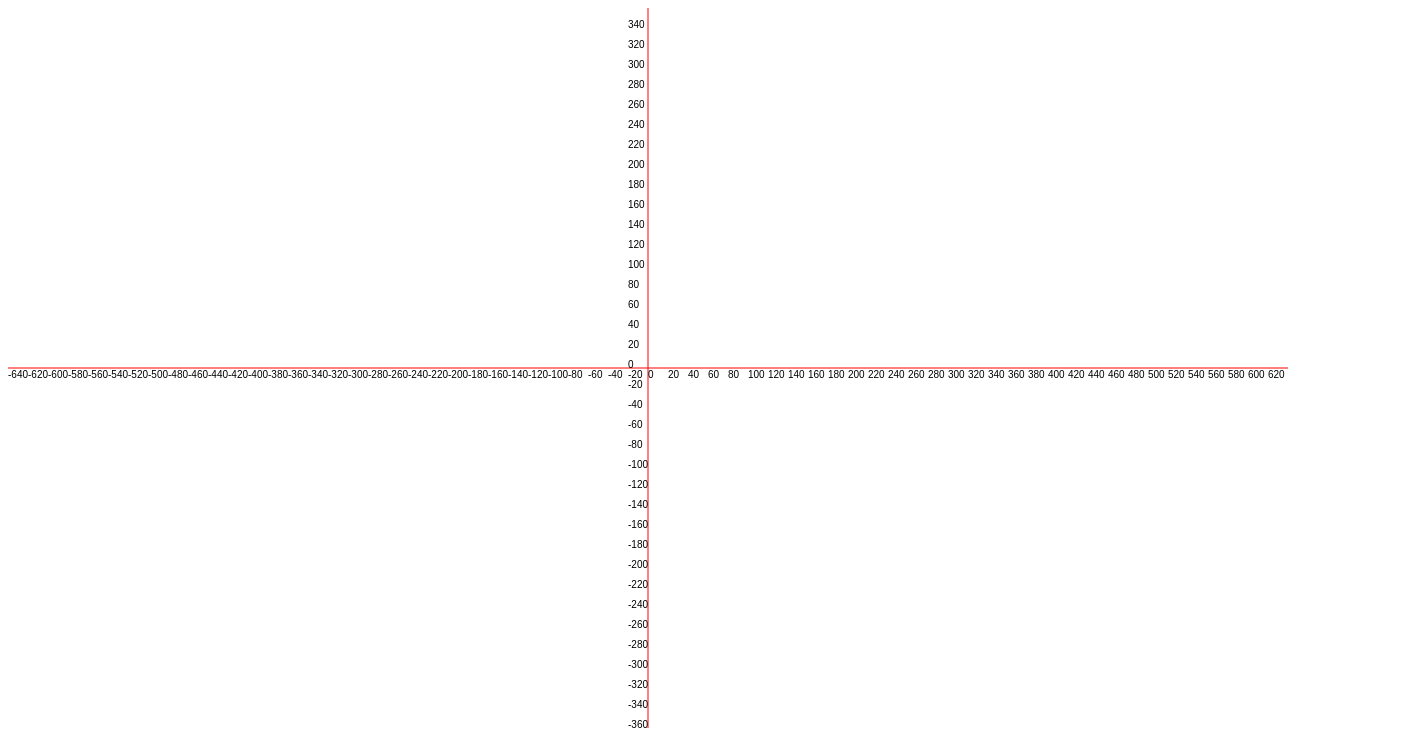
Repository: tclintaichung/book
Page: ex16/ex16_01/frame.html
These files come from the project's save history. The page is drawn as it stood at one moment and after the next save; the edit follows.
The browser window is 1280 px wide. The page is 1288 px wide, then 1408 px, so the pictures cover 1408 px, including what lies to the right of the window. The pictures show the whole page.

Above is the page before, as saved 2025-09-27 14:54:48.

### ex16/ex16_01/frame.html
<!DOCTYPE html>
<html lang="en">
<head>
    <meta charset="UTF-8">
    <meta name="viewport" content="width=device-width, initial-scale=1.0">
    <title>Parabola curves</title>
</head>
<body>
    <canvas id="myCanvas" width="300px" height="300px"></canvas>
    <script>
        const a = 3;
        const b = -6;
        const c = 4;
        const colors = ["#FF0000", "#00FF00", "#0000FF", "#FFFF00", "#FFA500", "#FFFFFF"];
        const myCanvas = document.getElementById("myCanvas");
        const ctx = myCanvas.getContext("2d");
        myCanvas.width = window.innerWidth ;
        myCanvas.height = window.innerHeight;
        const point_x = [];
        const point_y1 = [];
        const point_y2 = [];
        const scale = 2.;

        frame(0, myCanvas.width, 0, myCanvas.height);

        function frame(x_min, x_max, y_min, y_max) {
            const center_x = (x_min + x_max) / 2;
            const center_y = (y_min + y_max) / 2;
            ctx.beginPath();
            ctx.moveTo(x_min, center_y);
            ctx.lineTo(x_max, center_y);
            ctx.moveTo(center_x, y_min);
            ctx.lineTo(center_x, y_max);
            ctx.strokeStyle = colors[0];
            ctx.lineWidth = 1;
            ctx.stroke();
            for (let i = x_min; i <= x_max; i +=20) {
                ctx.fillText(String(i - center_x), i, center_y + 10);
            }
            for (let i = y_min; i <= y_max; i += 20) {
                ctx.fillText(String(i - center_y), center_x - 20, y_max - i ) ;
            }
        }
   </script>
</body>
</html>

After the next save:
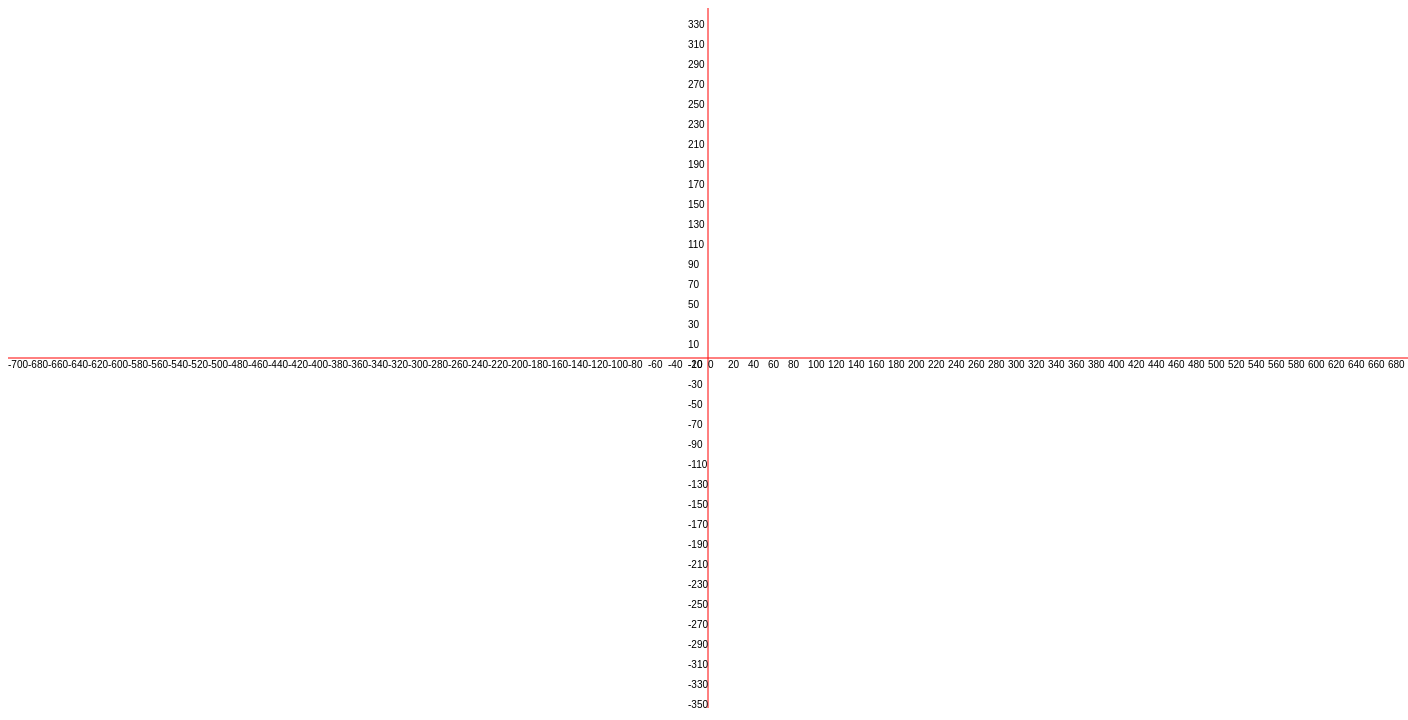
Saved 77 s later.
--- a/ex16/ex16_01/frame.html
+++ b/ex16/ex16_01/frame.html
@@ -14,8 +14,8 @@
         const colors = ["#FF0000", "#00FF00", "#0000FF", "#FFFF00", "#FFA500", "#FFFFFF"];
         const myCanvas = document.getElementById("myCanvas");
         const ctx = myCanvas.getContext("2d");
-        myCanvas.width = window.innerWidth ;
-        myCanvas.height = window.innerHeight;
+        myCanvas.width = 1400;
+        myCanvas.height = 700
         const point_x = [];
         const point_y1 = [];
         const point_y2 = [];
